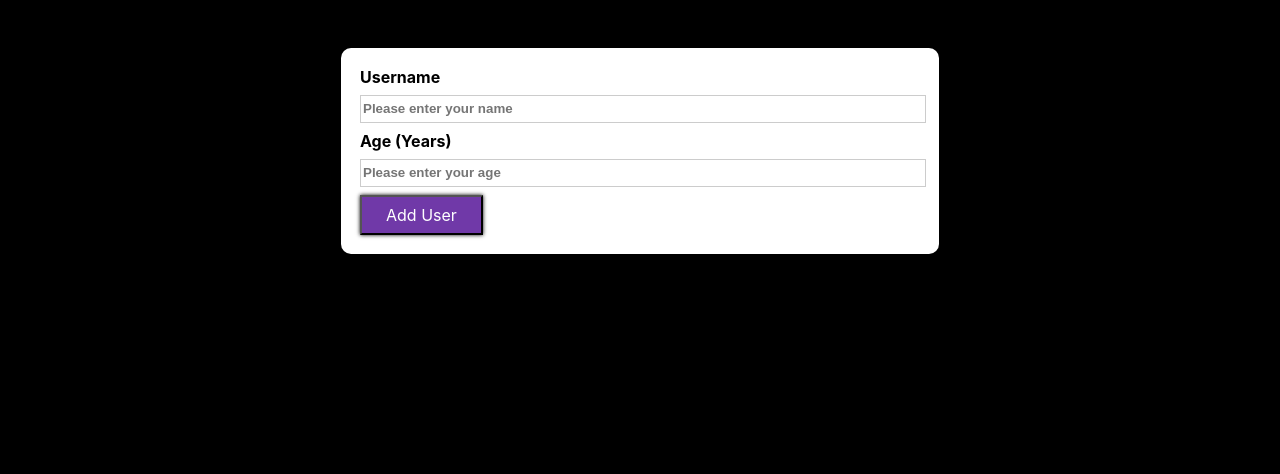
Repository: NamalPathirana/section-eight
Page: /
An editor plug-in stored every save of this project. The page is shown before and after the next save, followed by the edit.
The browser window is 1280 px wide. The pictures show the whole page.
The project was rebuilt for these pictures with package versions that can differ from the ones it lists, and the page was loaded fresh each time.

Above is the page before, as saved 2021-11-26 19:43:33.

After the next save:
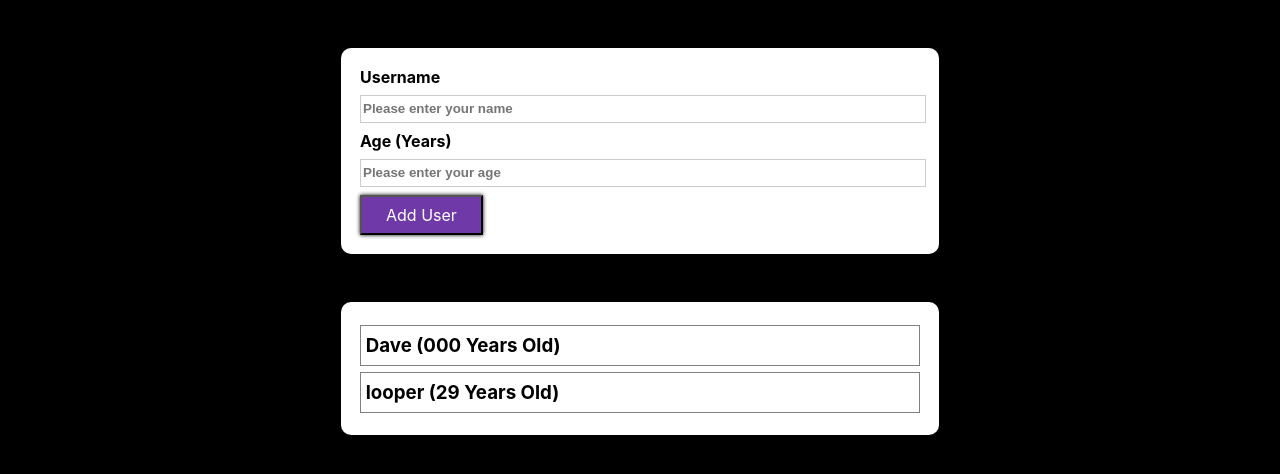
Saved 45 s later.
--- a/src/App.js
+++ b/src/App.js
@@ -33,11 +33,13 @@ function App() {
 
   let UserInfoSegment = <h3>No Entries Exists To Display</h3>;
 
-  if(listOfEntries.length>0){
-    UserInfoSegment = <UserList
-    items={listOfEntries}
-    deletionHandler={entryDeletionCallback}
-  ></UserList>
+  if (listOfEntries.length > 0) {
+    UserInfoSegment = (
+      <UserList
+        items={listOfEntries}
+        deletionHandler={entryDeletionCallback}
+      ></UserList>
+    );
   }
 
   return (
@@ -45,15 +47,9 @@ function App() {
       <section>
         <UserInput onUserEntry={UserEntryCallbackHandler}></UserInput>
       </section>
-      {listOfEntries.length>0 ? (
-        <section>
-
-        </section>
-      ) : (
-        <section>
-        {noEntryDialog}
-        </section>
-      )}
+      <section>
+        {UserInfoSegment}
+      </section>
     </div>
   );
 }

After the save that followed:
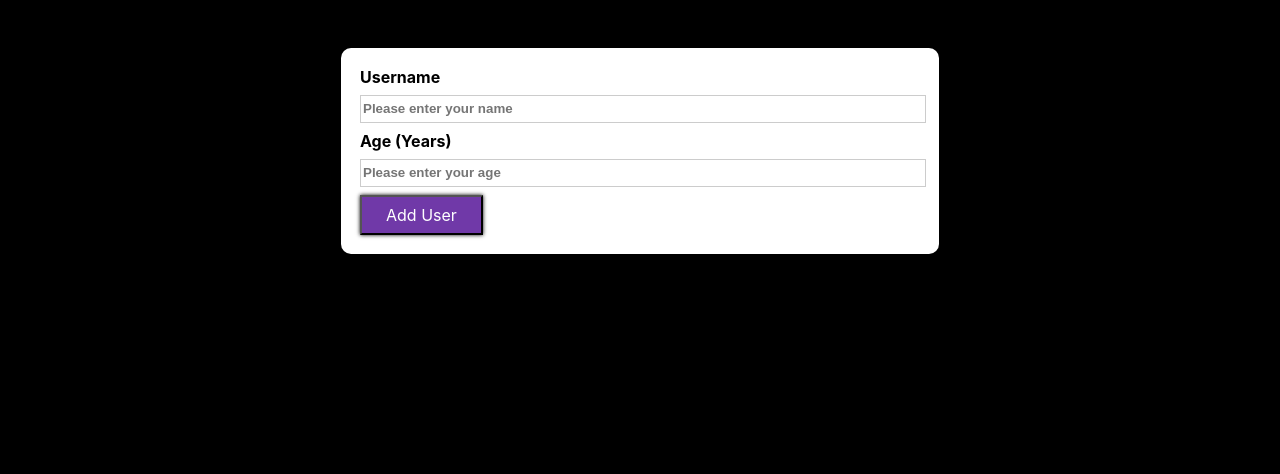
Saved 69 s later.
--- a/src/App.js
+++ b/src/App.js
@@ -48,7 +48,7 @@ function App() {
         <UserInput onUserEntry={UserEntryCallbackHandler}></UserInput>
       </section>
       <section>
-        {UserInfoSegment}
+      <h3>No Entries Exists To Display</h3>
       </section>
     </div>
   );
